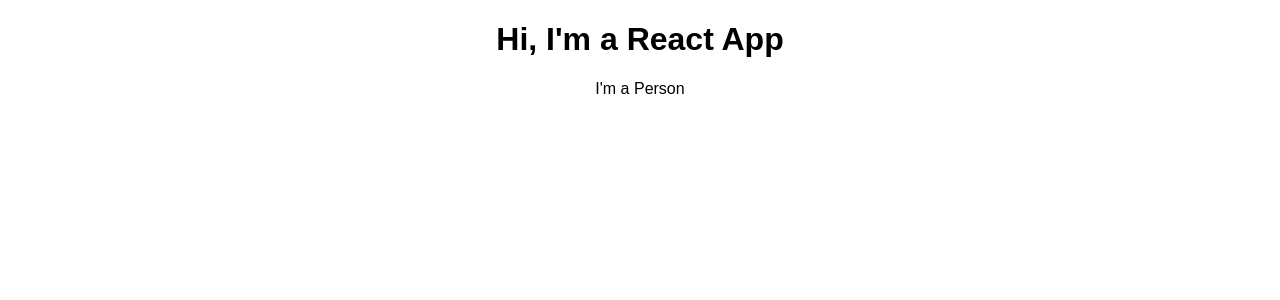
Repository: MuathYHKefayah/React-Basics
Page: /
The author's editor kept a copy of each file at every save. The page is drawn from the files as they stood at one save, then again after the next save.
The browser window is 1280 px wide. The pictures show the whole page.
The project was rebuilt for these pictures with package versions that can differ from the ones it lists, and the page was loaded fresh each time.

Above is the page before, as saved 2020-12-10 11:09:34.

### src/App.js
import React, { Component } from 'react';
import './App.css';
import Person from './Person/Person';

class App extends Component {
  render() {
    return (
      // jsx \\  write html code in js file
      <div className="App">
        <h1>Hi, I'm a React App </h1>
        <Person />
      </div>
    );
    //return React.createElement('div', {className: 'App'} , React.createElement('h1', null , 'Hi, I\'m a React App !!!' ))
  }
}

export default App;

### src/Person/Person.js
import React from 'react';

const person = () => {
    return <p>I'm a Person</p>
};

export default person;

Loaded but not shown: public/index.html (common file); src/index.js (common file); src/index.css (common file); src/registerServiceWorker.js (common file); src/App.css (common file)

After the next save:
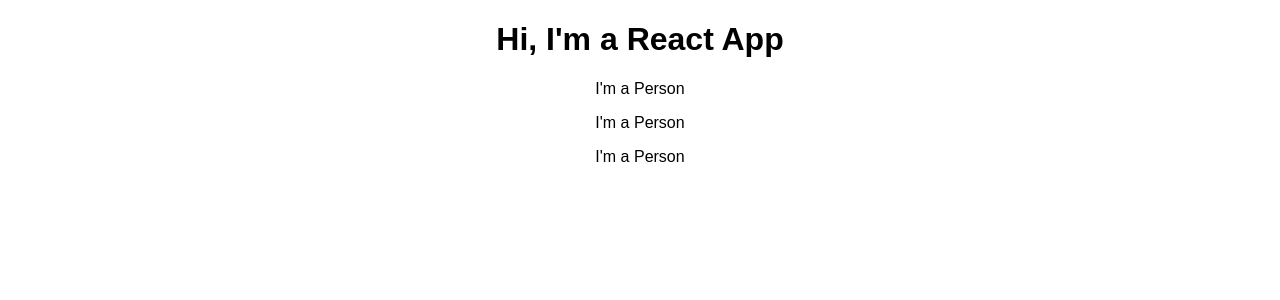
Saved 3 min 43 s later.
--- a/src/App.js
+++ b/src/App.js
@@ -5,9 +5,11 @@ import Person from './Person/Person';
 class App extends Component {
   render() {
     return (
-      // jsx \\  write html code in js file
+      // jsx \\ write html code in js file
       <div className="App">
         <h1>Hi, I'm a React App </h1>
+        <Person />
+        <Person />
         <Person />
       </div>
     );
